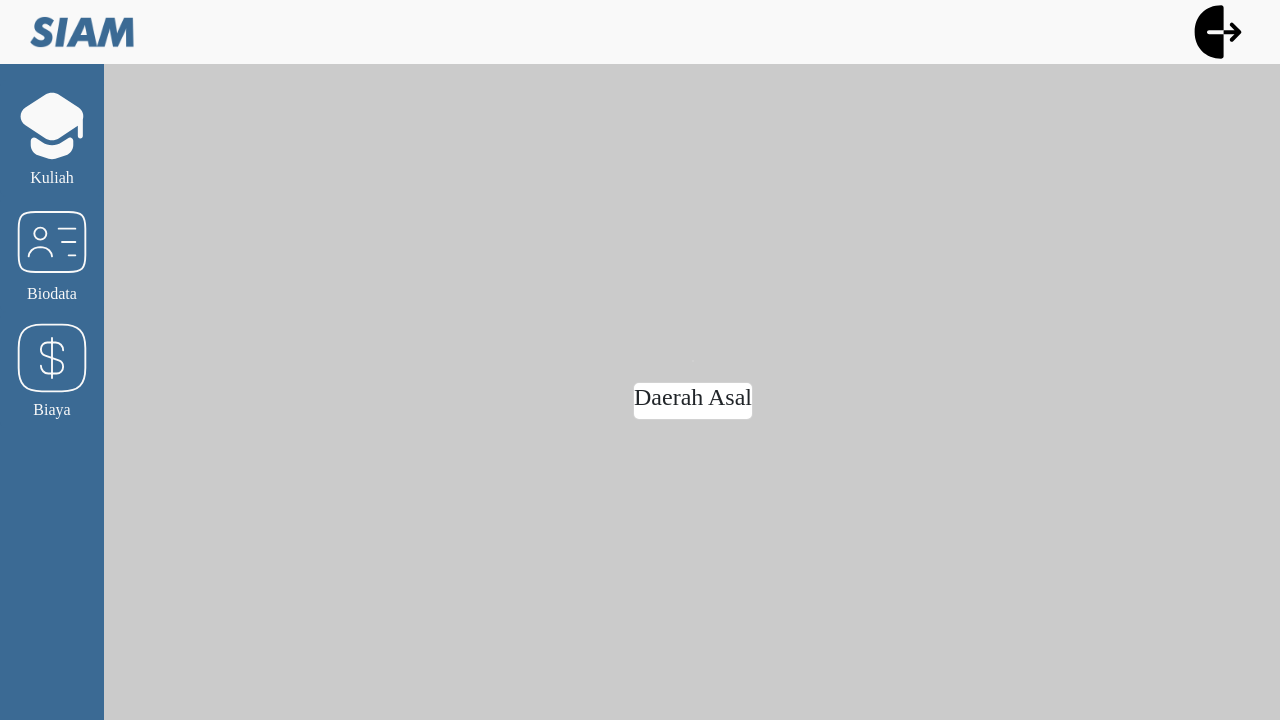
Repository: haikalirf/Project-IMK
Page: biodata.html
The author's editor kept a copy of each file at every save. The page is drawn from the files as they stood at one save, then again after the next save.
The browser window is 1280 px wide. The pictures show the whole page.
Some web fonts or font styles are not loaded; a fallback is used.

Above is the page before, as saved 2022-12-16 17:21:08.
Not found: scripts/.js

After the next save:
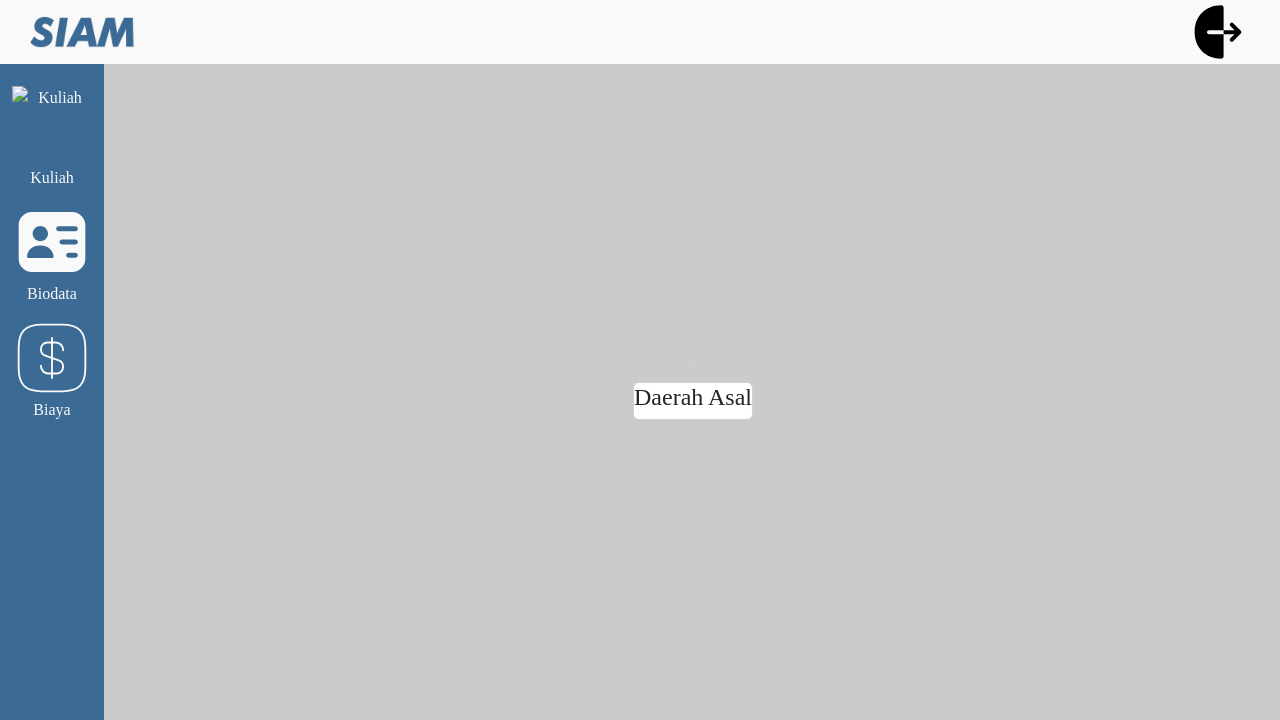
Not found: assets/Kuliah Logo Kosong.svg.svg
Saved 19 s later.
--- a/biodata.html
+++ b/biodata.html
@@ -22,11 +22,11 @@
 	</nav>
 	<div class="mh-100" id="sidebar">
 		<a class="btn" href="kuliah.html">
-			<img id="sidebar-kuliah" src="/assets/Kuliah Logo.svg" alt="Kuliah">
+			<img id="sidebar-kuliah" src="/assets/Kuliah Logo Kosong.svg.svg" alt="Kuliah">
 			<label for="sidebar-kuliah">Kuliah</label>
 		</a>
 		<a class="btn" href="">
-			<img id="sidebar-biodata" src="/assets/Biodata Logo Kosong.svg" alt="Biodata">
+			<img id="sidebar-biodata" src="/assets/Biodata Logo.svg" alt="Biodata">
 			<label for="sidebar-biodata">Biodata</label>
 		</a>
 		<a class="btn" href="">

After the save that followed:
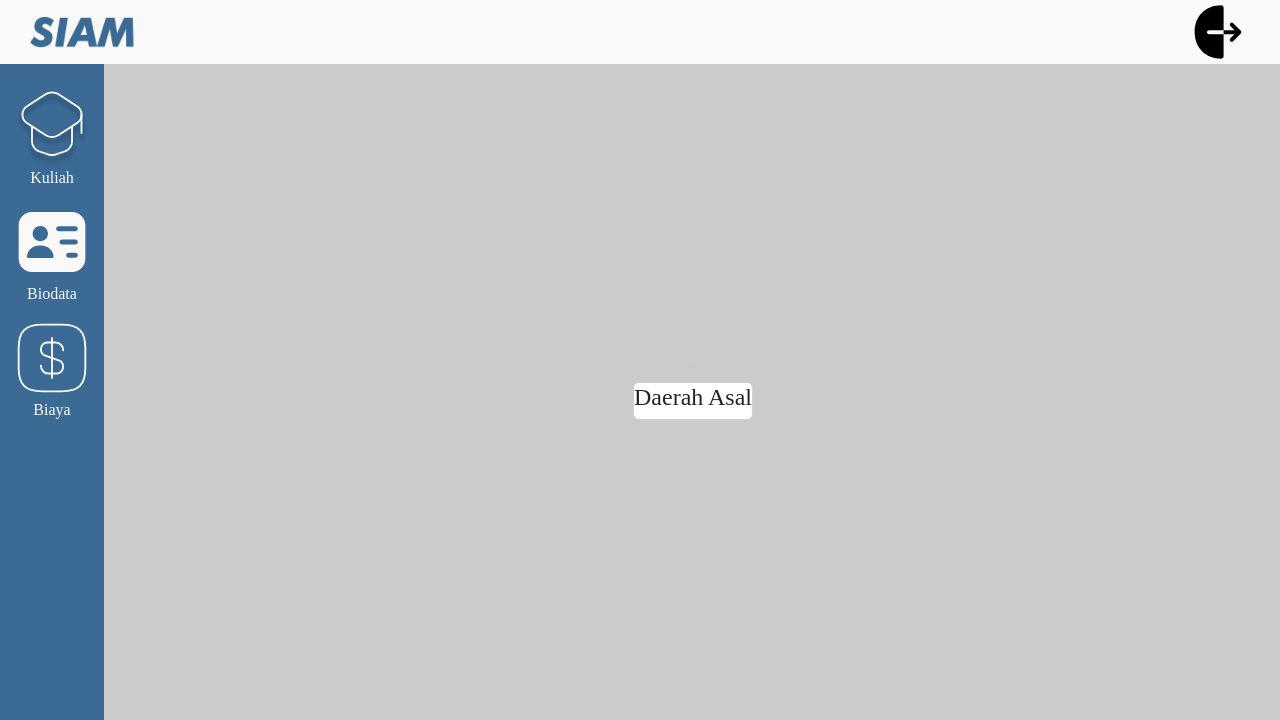
Saved 15 s later.
--- a/biodata.html
+++ b/biodata.html
@@ -22,7 +22,7 @@
 	</nav>
 	<div class="mh-100" id="sidebar">
 		<a class="btn" href="kuliah.html">
-			<img id="sidebar-kuliah" src="/assets/Kuliah Logo Kosong.svg.svg" alt="Kuliah">
+			<img id="sidebar-kuliah" src="/assets/Kuliah Logo Kosong.svg" alt="Kuliah">
 			<label for="sidebar-kuliah">Kuliah</label>
 		</a>
 		<a class="btn" href="">
